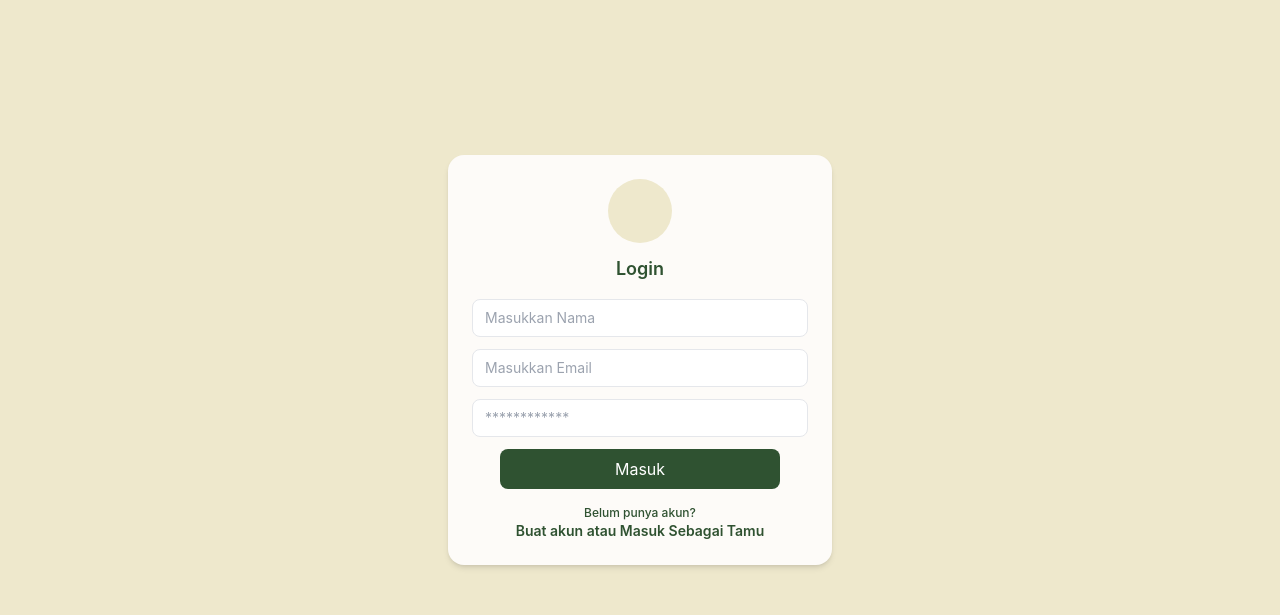
Repository: PajarAland/DiagramCoffee
Page: /login
The author's editor kept a copy of each file at every save. The page is drawn from the files as they stood at one save, then again after the next save.
The browser window is 1280 px wide. The pictures show the whole page.
The project was rebuilt for these pictures with package versions that can differ from the ones it lists, and the page was loaded fresh each time. Also part of the build but not shown: vite.config.js, src/pages/Landing.jsx.

Above is the page before, as saved 2026-04-25 01:16:40.

After the next save:
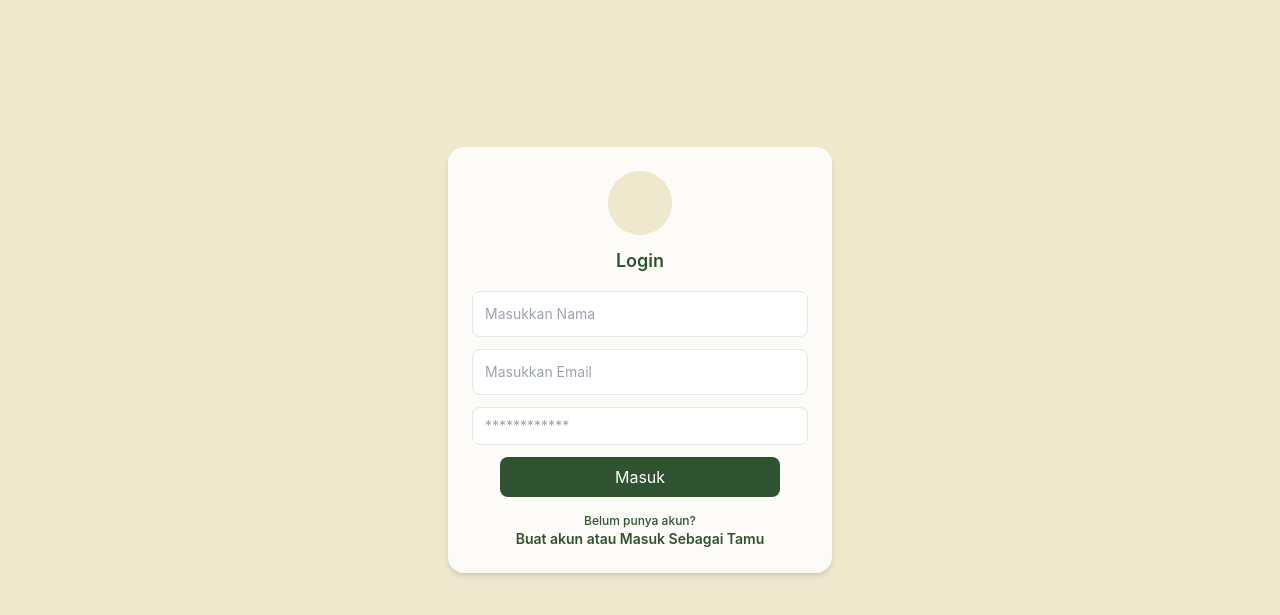
Saved 2 min 40 s later.
--- a/src/pages/Login.jsx
+++ b/src/pages/Login.jsx
@@ -28,7 +28,7 @@ function Login() {
             <input
                 type="text"
                 placeholder="Masukkan Nama"
-                className="w-full border rounded-lg px-3 py-2 text-sm outline-none"
+                className="w-full border rounded-lg px-3 py-3 text-sm outline-none"
             />
 
             <input
@@ -36,7 +36,7 @@ function Login() {
                 placeholder="Masukkan Email"
                 value={email}
                 onChange={(e) => setEmail(e.target.value)}
-                className="w-full border rounded-lg px-3 py-2 text-sm outline-none"
+                className="w-full border rounded-lg px-3 py-3 text-sm outline-none"
             />
 
             <input
